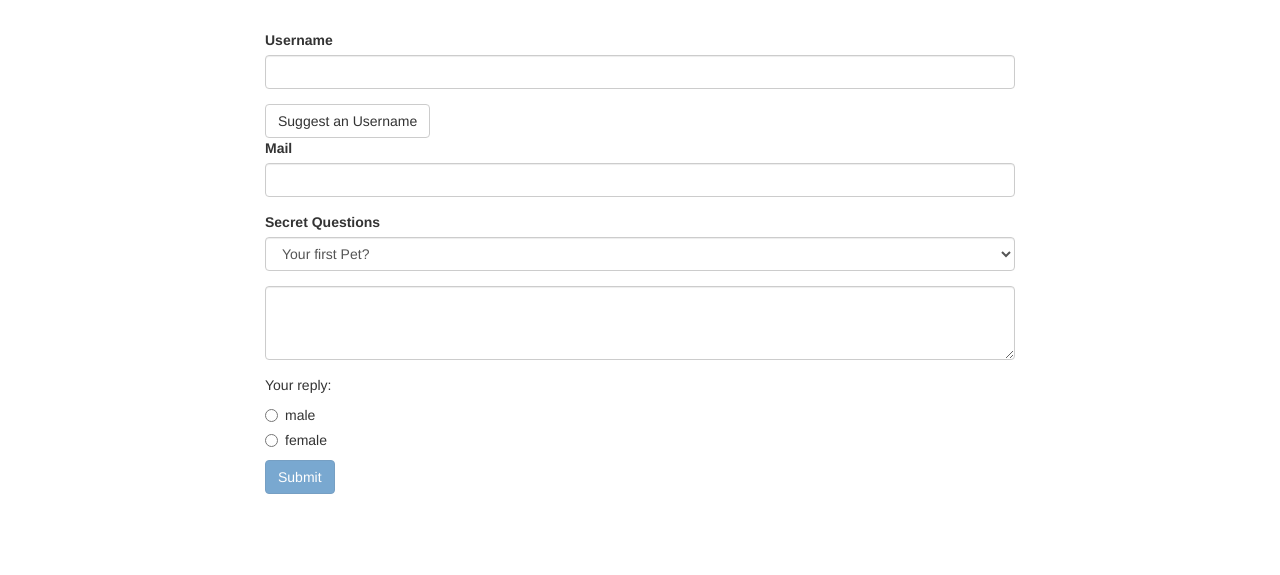
Repository: NikitasX/AngularCourse
Page: / (app in forms-start/)
An editor plug-in stored every save of this project. The page is shown before and after the next save, followed by the edit.
The browser window is 1280 px wide. The pictures show the whole page.
The project was rebuilt for these pictures with package versions that can differ from the ones it lists, and the page was loaded fresh each time. Also part of the build but not shown: forms-start/angular.json.

Above is the page before, as saved 2020-09-25 16:06:02.

### forms-start/src/app/app.component.ts
import { Component, ViewChild } from '@angular/core';
import { NgForm } from '@angular/forms';

@Component({
  selector: 'app-root',
  templateUrl: './app.component.html',
  styleUrls: ['./app.component.css']
})
export class AppComponent {
  @ViewChild('f') signupForm:NgForm;
  defaultQuestion = 'pet';
  answer = '';
  genders = ['male', 'female'];

  suggestUserName() {
    const suggestedName = 'Superuser';
    // this.signupForm.setValue({
    //   userData: {
    //     username: suggestedName,
    //     email: ''
    //   },
    //   secret: 'pet',
    //   questionAnswer: '',
    //   gender: 'male'
    // });

    this.signupForm.form.patchValue({
      userData: {
        username: suggestedName
      }
    });
  }

  // onSubmit(form: NgForm) {
  //   console.log(form);
  // }

  onSubmit() {
    console.log(this.signupForm);
  }
}

### forms-start/src/app/app.component.html
<div class="container">
  <div class="row">
    <div class="col-xs-12 col-sm-10 col-md-8 col-sm-offset-1 col-md-offset-2">
      <form (ngSubmit)="onSubmit()" #f="ngForm">
        <div
          id="user-data"
          ngModelGroup="userData"
          #userData="ngModelGroup">
          <div class="form-group">
            <label for="username">Username</label>
            <input
              type="text"
              id="username"
              class="form-control"
              ngModel
              name="username"
              required>
          </div>
          <button
            class="btn btn-default"
            type="button"
            (click)="suggestUserName()">Suggest an Username</button>
          <div class="form-group">
            <label for="email">Mail</label>
            <input
              type="email"
              id="email"
              class="form-control"
              ngModel
              name="email"
              required
              email
              #email="ngModel">
             <span
              class="help-block"
              *ngIf="!email.valid && email.touched">
                Please enter a valid email!
              </span>
          </div>
        </div>
        <p *ngIf="!userData.valid && userData.touched">User data is invalid</p>
        <div class="form-group">
          <label for="secret">Secret Questions</label>
          <select
            id="secret"
            class="form-control"
            [ngModel]="defaultQuestion"
            name="secret">
            <option value="pet">Your first Pet?</option>
            <option value="teacher">Your first teacher?</option>
          </select>
        </div>
        <div class="form-group">
          <textarea
          class="form-control"
          name="questionAnswer"
          rows="3"
          [(ngModel)]="answer"></textarea>
        </div>
        <p>Your reply: {{ answer }}</p>

        <div class="radio" *ngFor="let gender of genders">
          <label>
            <input
            type="radio"
            name="gender"
            ngModel
            [value]="gender"
            required>
            {{ gender }}
          </label>
        </div>
        <button
          class="btn btn-primary"
          type="submit"
          [disabled]="!f.valid">Submit</button>
      </form>
    </div>
  </div>
</div>

Loaded but not shown: forms-start/src/index.html (common file); forms-start/src/styles.css (common file); forms-start/src/main.ts (common file); forms-start/src/app/app.module.ts (common file); forms-start/src/environments/environment.ts (common file); forms-start/src/app/app.component.css (common file)

After the next save:
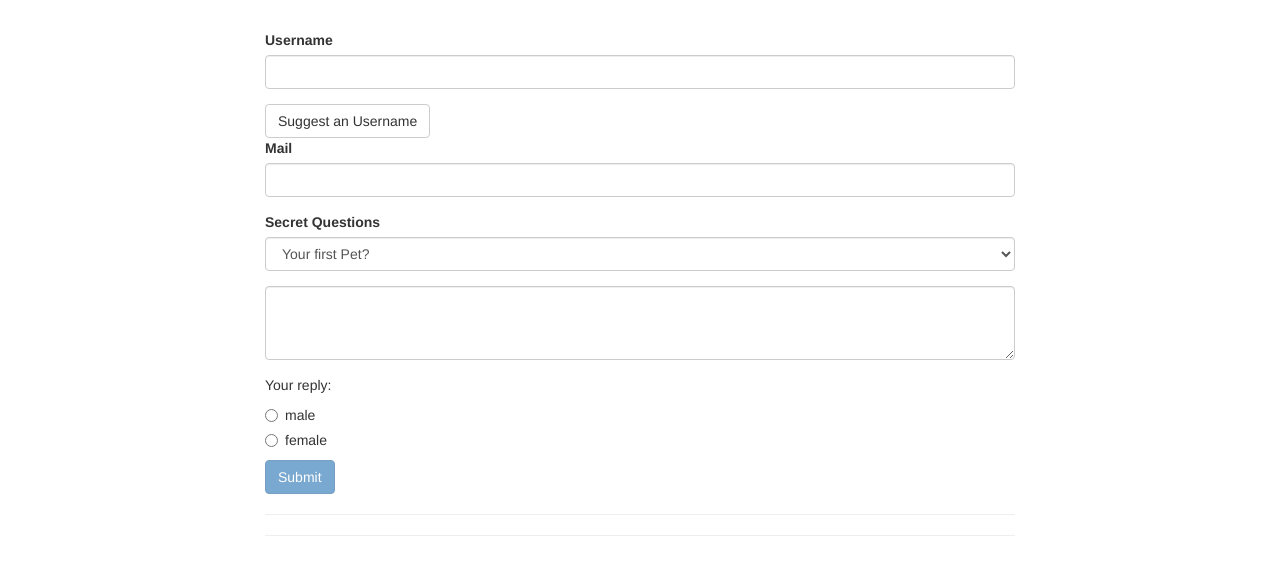
Saved 3 min 52 s later.
--- a/forms-start/src/app/app.component.html
+++ b/forms-start/src/app/app.component.html
@@ -75,6 +75,8 @@
           type="submit"
           [disabled]="!f.valid">Submit</button>
       </form>
+      <hr>
+      <hr>
     </div>
   </div>
 </div>
